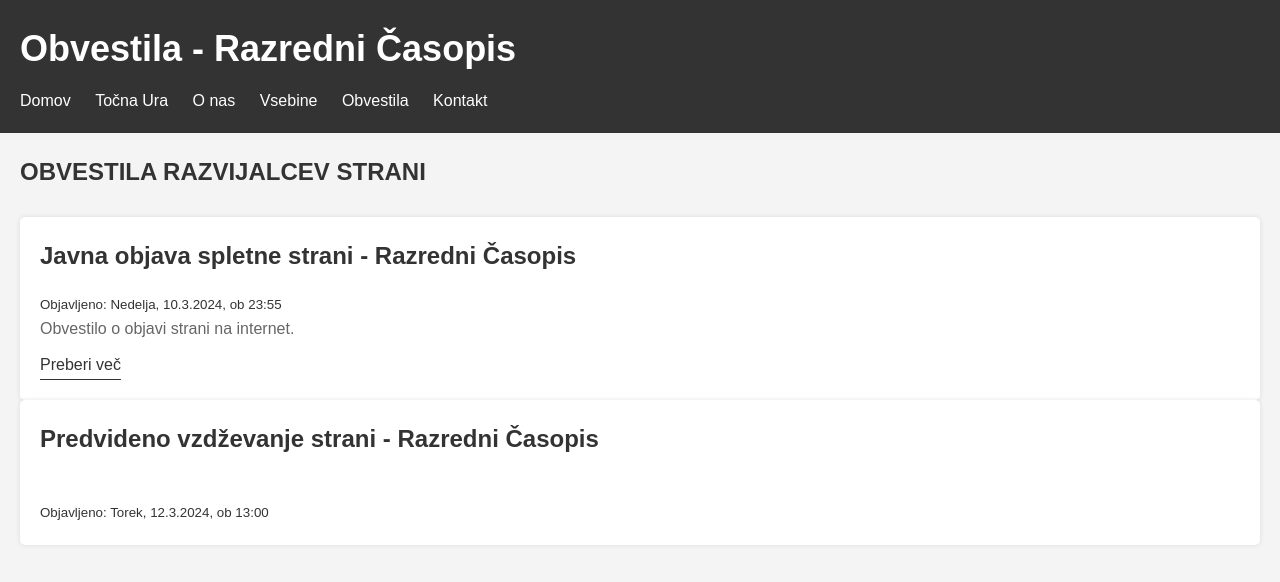
Repository: razrednicasopis/razrednicasopis.github.io
Page: Resources/obvestila.html
These files come from the project's save history. The page is drawn as it stood at one moment and after a run of saves; the edit follows.
The browser window is 1280 px wide. The pictures show the whole page.

Above is the page before, as saved 2024-03-12 12:58:58.
Console error: ReferenceError: maintenanceMode is not defined

### Resources/obvestila.html
<!DOCTYPE html>
    <html lang="eu">
        <head>
            <meta charset="UTF-8">
            <meta name="viewport" content="width=device-width, initial-scale=1.0">
            <title>Obvestila</title>
            <link rel="stylesheet" href="styless.css">
            <link rel="stylesheet" href="system.css">
        </head>
            <body>


              <div class="blur-container">
                <div id="vrstica">
                    <header>
                      <h1>Obvestila - Razredni Časopis</h1>
                      <nav>
                        <ul>
                          <li><a href="index.html">Domov</a></li>
                          <li><a href="ura.html">Točna Ura</a></li>
                          <li><a href="o-nas.html">O nas</a></li>
                          <li><a href="vsebine.html">Vsebine </a></li>
                          <li><a href="#">Obvestila</a></li>
                          <li><a href="#" class="showPopupLink">Kontakt</a></li>
                        </ul>
                      </nav>
                    </header>
                    </div>



        <main>
          <section class="obvestilnatabla">
            <h1>OBVESTILA RAZVIJALCEV STRANI</h1><br>
              <article>
                <h2>Javna objava spletne strani - Razredni Časopis</h2>
                <small>Objavljeno: Nedelja, 10.3.2024, ob 23:55</small>
                <p>Obvestilo o objavi strani na internet.</p>
                <a href="obvestilo1.html">Preberi več</a>
              </article>
                <p>
                  <article>
                    <h2>Predvideno vzdževanje strani - Razredni Časopis</h2><br>
                    <small>Objavljeno: Torek, 12.3.2024, ob 13:00</small>

                  </article>
                </p>
          </section>
        </main>
      </div>


<!--Pop-ups and other HTML-->
<div id="popupContainer">
  <div id="overlay"></div>
  <div id="popupContent">
      <h1><b>NEDOSEGLJIVE VSEBINE</b></h1>
      <p>Te vsebine bodo na voljo v naslednjih verzijah strani.</p>
      <p>Obiščite <a href="obvestila.html">obvestila</a> za več novic.</p>
      <br>
      <button id="closePopupBtn">V redu</button>
  </div>
</div>

<div id="maintenancePopup">
  <div id="maintenancePopupContent">
    <h1>POVEZAVA IZGUBLJENA</h1>
    <p>Povezava z strežnikom izgubljena zaradi vzdrževanja strani. Prosimo osvežite stran.</p>
    <button id="closeMaintenancePopupBtn">Osveži</button>
  </div>
</div>

          <script src="alerts.js"></script>
          <script src="maintenancemode.js"></script>

            </body>
    </html>

### Resources/styless.css
* {
  margin: 0;
  padding: 0;
  box-sizing: border-box;
}

/* Globalni slogi */
body {
  font-family: Arial, sans-serif;
  line-height: 1.6;
  background-color: #f4f4f4;
  color: #333;
  margin: 0;
  padding: 0;
  max-height: 100vh;
}


.container {
    text-align: center;
    margin-top: 50px;
}

.border-box {
    display: inline-block;
    padding: 200px;
    width: 550px;
    height: 500px;
    border: 5px solid #333; /* Set your desired border color */
    border-radius: 30px; /* Set the border radius for slightly curved corners */
    background-color: #333; /* Set your desired background color inside the border */
}

header {
  background: #333;
  color: #fff;
  padding: 20px;
}

header h1 {
  margin-bottom: 10px;
  font-size: 36px;
}

nav ul {
  list-style: none;
}

nav ul li {
  display: inline;
  margin-right: 20px;
}

nav ul li a {
  color: #fff;
  text-decoration: none;
}

main {
  padding: 20px;
}

section {
  margin-bottom: 30px;
}

section h2 {
  margin-bottom: 15px;
}

article {
  background: #fff;
  padding: 20px;
  border-radius: 5px;
  box-shadow: 0 0 5px rgba(0, 0, 0, 0.1);
}

article h3 {
  margin-bottom: 10px;
}

article p {
  color: #666;
}

article a {
  display: inline-block;
  margin-top: 10px;
  text-decoration: none;
  color: #333;
  border-bottom: 1px solid #333;
  padding-bottom: 2px;
}

article a:hover {
  color: #000;
  border-color: #000;
}



footer {
  text-align: center;
  padding: 30px;
  background-color: #333;
  color: #fff;
  position: absolute;
  bottom: auto;
  width: 100%;
  text-align: center;
}

### Resources/system.css
/* Koda za "Coming Soon" pop-up */

#popupContainer {
    display: none;
    position: fixed;
    top: 50%;
    left: 50%;
    transform: translate(-50%, -50%);
    background-color: #ffffff;
    box-shadow: 0 4px 8px rgba(0, 0, 0, 0.1);
    padding: 20px;
    border-radius: 10px;
    text-align: center;
    z-index: top;
  }

  #popupContent {
    max-width: 400px;
    margin: 0 auto;
  }

  #closePopupBtn {
    background-color: #3498db;
    color: #ffffff;
    padding: 10px 15px;
    border: none;
    border-radius: 5px;
    cursor: pointer;
  }

  #closePopupBtn:hover {
      background-color: #4da8e1;
  }

  #showPopupLink {
    display: inline-block;
    padding: 10px 15px;
    color: #ffffff;
    text-decoration: none;
    border-radius: 5px;
    cursor: pointer;
  }

body.popup-open {
   overflow: hidden;
}

.popup-open .blur-container {
  filter: blur(5px); /* Apply blur effect only when popup is open */
  pointer-events: none;
}

#maintenancePopup {
  display: none;
  position: fixed;
  top: 50%;
  left: 50%;
  transform: translate(-50%, -50%);
  background-color: #ffffff;
  box-shadow: 0 4px 8px rgba(0, 0, 0, 0.1);
  padding: 20px;
  border-radius: 10px;
  text-align: center;
  z-index: 999;
}

#maintenancePopupContent {
  max-width: 400px;
  margin: 0 auto;
}

#closeMaintenancePopupBtn {
  background-color: #3498db;
  color: #ffffff;
  padding: 10px 15px;
  border: none;
  border-radius: 5px;
  cursor: pointer;
  margin-top: 20px;
}

#closeMaintenancePopupBtn:hover {
  background-color: #4da8e1;
}

/* Koda za "Kontakt" obrazec */

#contactform {
    align-self: center;
    }

    .formcontainer {
      text-align: center;
      margin-top: 50px;
      display: flex;
      justify-content: center;
      align-items: flex-start; /* Align items at the top */
  }

  .border-box {
      display: inline-block;
      padding: 20px;
      width: 550px;
      height: 500px;
      border: 5px solid #333; /* Set your desired border color */
      border-radius: 30px; /* Set the border radius for slightly curved corners */
      background-color: #333; /* Set your desired background color inside the border */
  }

  form input,
form textarea {
    width: calc(100% - 40px); /* Adjusted width with a bit of padding on each side */
    padding: 10px; /* Increased padding for better readability */
    margin-bottom: 5px; /* Increased spacing between input areas */
    margin-top: 25px; /* Move input areas slightly lower */
    height: 40px; /* Increased height to make input areas bigger */
}

form select{
width: calc(100% - 40px); /* Adjusted width with a bit of padding on each side */
padding: 10px; /* Increased padding for better readability */
margin-bottom: 5px;
margin-top: 20px; /* Move input areas slightly lower */
height: 40px; /* Height of input areas */
border: 1px solid #ccc; /* Border style */
border-radius: 5px; /* Border radius */
font-size: 16px; /* Font size */
}

form textarea {
  height: 120px;
}

/* Form Submit Button Styles */

/* Your existing CSS code */
/* Koda za "Coming Soon" pop-up */

#popupContainer {
  display: none;
  position: fixed;
  top: 50%;
  left: 50%;
  transform: translate(-50%, -50%);
  background-color: #ffffff;
  box-shadow: 0 4px 8px rgba(0, 0, 0, 0.1);
  padding: 20px;
  border-radius: 10px;
  text-align: center;
  z-index: top;
}


#popupContent {
  max-width: 400px;
  margin: 0 auto;
}

#closePopupBtn {
  background-color: #3498db;
  color: #ffffff;
  padding: 10px 15px;
  border: none;
  border-radius: 5px;
  cursor: pointer;
}

#closePopupBtn:hover {
    background-color: #4da8e1;
}

#showPopupLink {
  display: inline-block;
  padding: 10px 15px;
  color: #ffffff;
  text-decoration: none;
  border-radius: 5px;
  cursor: pointer;
}

body.popup-open {
 overflow: hidden;
}

body.blur {
filter: blur(5px);
pointer-events: none;
z-index: 1;
}

/* Koda za "Kontakt" obrazec */

#contactform {
  align-self: center;
}

.formcontainer {
  text-align: center;
  margin-top: 50px;
  display: flex;
  justify-content: center;
  align-items: flex-start; /* Align items at the top */
}

.border-box {
  display: inline-block;
  padding: 20px;
  width: 550px;
  height: 500px;
  border: 5px solid #333; /* Set your desired border color */
  border-radius: 30px; /* Set the border radius for slightly curved corners */
  background-color: #333; /* Set your desired background color inside the border */
}

form input,
form textarea {
  width: calc(100% - 40px); /* Adjusted width with a bit of padding on each side */
  padding: 10px; /* Increased padding for better readability */
  margin-bottom: 5px; /* Increased spacing between input areas */
  margin-top: 25px; /* Move input areas slightly lower */
  height: 40px; /* Increased height to make input areas bigger */
}

form select{
width: calc(100% - 40px); /* Adjusted width with a bit of padding on each side */
padding: 10px; /* Increased padding for better readability */
margin-bottom: 5px;
margin-top: 20px; /* Move input areas slightly lower */
height: 40px; /* Height of input areas */
border: 1px solid #ccc; /* Border style */
border-radius: 5px; /* Border radius */
font-size: 16px; /* Font size */
}

form textarea {
height: 120px;
}

/* Combined CSS for Blob Button */

*, *:before, *:after {
  box-sizing: border-box;
  margin: 0;
  padding: 0;
}

.buttons {
  margin-top: 2 0px;
  text-align: center;
  border-radius: 30px;
}

.blob-btn {
  z-index: 1;
  position: relative;
  padding: 20px 150px;
  margin-bottom: 40px;
  margin-top: 10px;
  text-align: center;
  text-transform: uppercase;
  color: #0505A9;
  font-size: 16px;
  font-weight: bold;
  background-color: transparent;
  outline: none;
  border: none;
  transition: color 0.5s;
  cursor: pointer;
  border-radius: 30px;
}
.blob-btn:before {
  content: "";
  z-index: 1;
  position: absolute;
  left: 0;
  top: 0;
  width: 100%;
  height: 100%;
  border: 2px solid #0505A9;
  border-radius: 30px;
}
.blob-btn:after {
  content: "";
  z-index: -2;
  position: absolute;
  left: 3px;
  top: 3px;
  width: 100%;
  height: 100%;
  transition: all 0.3s 0.2s;
  border-radius: 30px;
}
.blob-btn:hover {
  color: #FFFFFF;
  border-radius: 30px;
}
.blob-btn:hover:after {
  transition: all 0.3s;
  left: 0;
  top: 0;
  border-radius: 30px;
}
.blob-btn__inner {
  z-index: -1;
  overflow: hidden;
  position: absolute;
  left: 0;
  top: 0;
  width: 100%;
  height: 100%;
  border-radius: 30px;
  background: #ffffff;
}
.blob-btn__blobs {
  position: relative;
  display: block;
  height: 100%;
  filter: url("#goo");
}
.blob-btn__blob {
  position: absolute;
  top: 2px;
  width: 30%;
  height: 100%;
  background: #0505A9;
  border-radius: 100%;
  transform: translate3d(0, 150%, 0) scale(1.7);
  transition: transform 0.45s;
}
@supports (filter: url("#goo")) {
  .blob-btn__blob {
    transform: translate3d(0, 150%, 0) scale(1.4);
  }
}
.blob-btn__blob:nth-child(1) {
  left: 0%;
  transition-delay: 0s;
}
.blob-btn__blob:nth-child(2) {
  left: 30%;
  transition-delay: 0.08s;
}
.blob-btn__blob:nth-child(3) {
  left: 60%;
  transition-delay: 0.16s;
}
.blob-btn__blob:nth-child(4) {
  left: 90%;
  transition-delay: 0.24s;
}
.blob-btn:hover .blob-btn__blob {
  transform: translateZ(0) scale(1.7);
}

/* Define the keyframes for the pulse effect */
@keyframes pulse {
  0% {
    box-shadow: 0 0 0 0 rgba(255, 255, 255, 0.7); /* Initial box shadow color, adjust to match button color */
  }
  50% {
    box-shadow: 0 0 0 20px rgba(255, 255, 255, 0); /* Intermediate box shadow color */
  }
  100% {
    box-shadow: 0 0 0 0 rgba(255, 255, 255, 0); /* Final box shadow color */
  }
}

/* Apply the animation to the button when it's clicked or focused */
.blob-btn:active, .blob-btn:focus {
  animation: pulse 0.3s ease-in-out; /* Adjust the duration to control the pulse speed */
}

@supports (filter: url("#goo")) {
  .blob-btn:hover .blob-btn__blob {
    transform: translateZ(0) scale(1.5);
  }
}

/* CSS za uro */

.clock {
  margin-top: 6cm;
  text-align: center;
  font-size: 3em;
}

/*CSS za vse stranske nav skupine razen za glavno */

.seznamvsebin {
  display: inline-block;
  vertical-align: bottom;
  width: calc(20% - 4px); /* Adjust width to accommodate border */
  box-sizing: border-box;
  margin: 40px;
  border: 3px solid #000; /* Border thickness */
  height: 750px; /* Set desired height */
  /* Additional styling for seznamvsebin if needed */
  background-color: #f2f2f2;

}

.seznamvsebin nav {
    justify-content: center;
    padding: 30px;

}

.seznamvsebin nav a {
      display: inline-block;
      padding: 5px 10px;
      color: #000000;
      text-align: center;
      text-decoration: none;
      margin-bottom: 5px;
      border: 2px, transparent;
      border-radius: 5px;
      transition: linear, border 0.1s linear;
      font-weight: bold;
}


.seznamvsebin nav a:hover {
    background-color: #e0e0e0;
    border: 2px solid #000000
}

.NoviceContent {
  float: right; /* Align to the right */
  width: calc(80% - 250px); /* Adjusted width */
  box-sizing: border-box;
  margin-top: 100px;
}

.NoviceContent p {
  margin-bottom: 20px;
}

#dynamicText {
  float: right; /* Align to the right */
  width: calc(89% - 250px); /* Adjusted width */
  box-sizing: border-box;
  margin-top: 90px;
}

#dynamicText article {
  width: 99%;
}

/* Pravila Obrazca CSS */

.pravilaobrazca {
  height: 630px;
}

.pravilaobrazca_opozorilo {
  margin-top: 275px; /* Keeps this div at the bottom */
  color: #666; /* Change text color if desired */
}

/* Random CSS */

/* CSS for the admin credits list */

.creditscontainer {
  display: flex;
  flex-wrap: wrap;
}

.creditslist {
  flex: 1;
  margin: 10px;
  padding: 0;
  list-style-type: none;
}

.creditslist li {
  margin-bottom: 5px;
}

.adminlist article {
  min-height: 225px;
}

/* Članki CSS */

.člankimargin {
  margin-top: 20px;
}

.člankimargin article {
  width: 99%;
  margin-left: 10px;
  height: 20.5cm;
}

.člankitext {
  margin-bottom: 75px;
  font-size: 25px;
}

.člankitext2 {
  font-size: 14.5px;
}

.člankitext3 {
  font-size: 18px;
}

#vitin_spis {
  font-size: 20px;
}

#grinchtext {
  font-size: 20px;
}

#grinchimg img {
  width: 20%;
  height: 20%
}

/* CSS za mediji.html */

.shrambaslik {
  float: right; /* Align to the right */
  width: calc(89% - 250px); /* Adjusted width */
  box-sizing: border-box;
  margin-top: 90px;
}

.shrambaslik img[id="1"] {
  width: 25%;
  height: 25%;
}

.shrambaslik img[id="2"] {
  width: 10%;
  height: 5%;
  margin-left: 2%;
}

### Resources/alerts.js
 document.addEventListener('DOMContentLoaded', function () {
        document.querySelectorAll('.showPopupLink').forEach(function (link) {
            link.addEventListener('click', function (event) {
                event.preventDefault();
                document.getElementById('popupContainer').style.display = 'block';
                document.body.classList.add('popup-open');
            });
        });

        document.getElementById('closePopupBtn').addEventListener('click', function () {
            document.getElementById('popupContainer').style.display = 'none';
            document.body.classList.remove('popup-open');
        });
    });

    //Maintenance mode pop-up

    document.addEventListener('DOMContentLoaded', function ()  {
        function toggleMaintenancePopup(show) {
            var maintenancePopup = document.getElementById('maintenancePopup');
            if (maintenancePopup) {
                maintenancePopup.style.display = show ? 'block' : 'none';
                document.body.classList.toggle('popup-open', show);
                console.log(Error);
            }
        }


    function checkMaintenanceStatus() {
        setInterval(function () {


            toggleMaintenancePopup(maintenanceMode);

        }, 1000);
    }

    document.getElementById('closeMaintenancePopupBtn').addEventListener('click', function ()  {
        location.reload();
    });

    checkMaintenanceStatus();
});

Loaded but not shown: Resources/maintenancemode.js (no stored copy; drawn as an empty file)

After the next 2 saves:
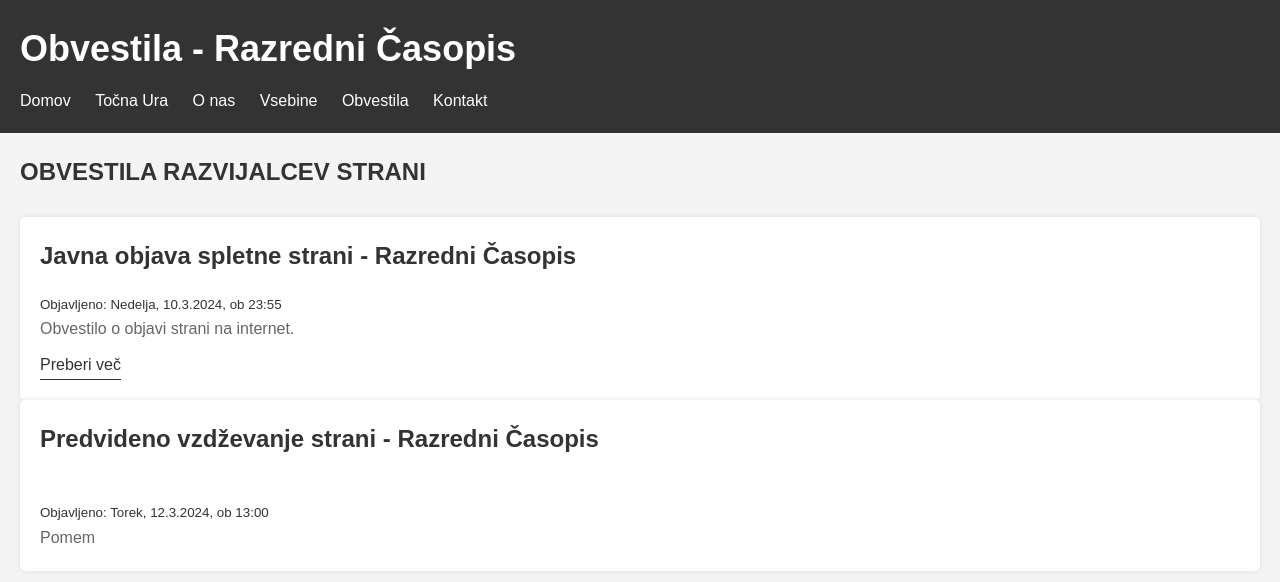
The 2 saves are shown as one change because they came seconds apart.
The last was saved 11 s later.
--- a/Resources/obvestila.html
+++ b/Resources/obvestila.html
@@ -42,7 +42,7 @@
                   <article>
                     <h2>Predvideno vzdževanje strani - Razredni Časopis</h2><br>
                     <small>Objavljeno: Torek, 12.3.2024, ob 13:00</small>
-
+                    <p>Pomem</p>
                   </article>
                 </p>
           </section>
